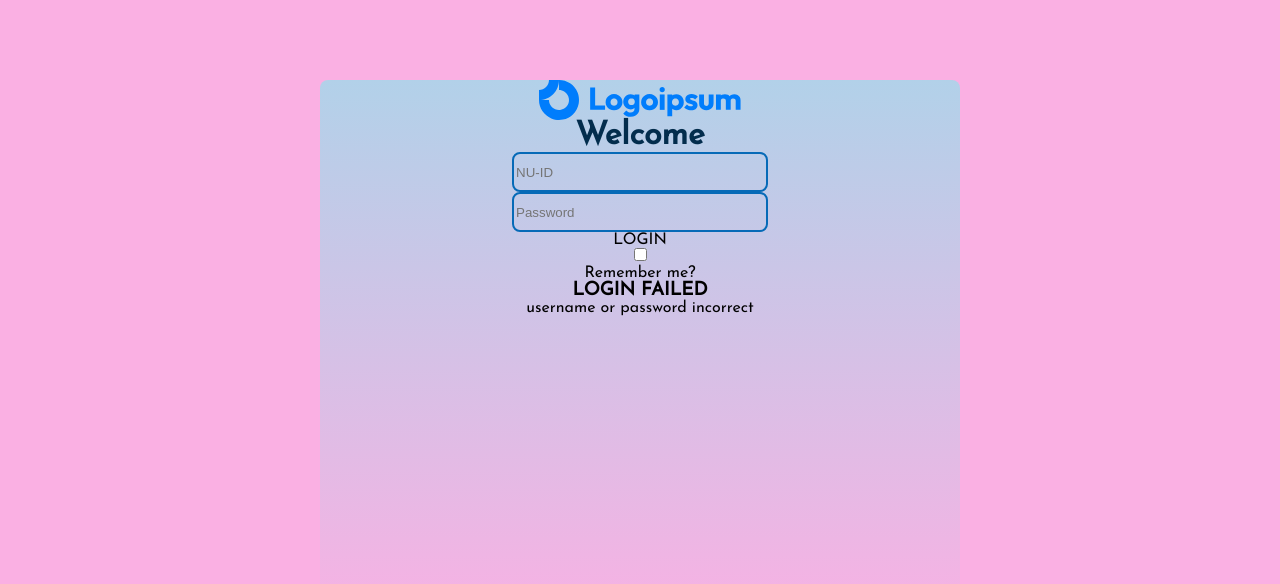
Repository: Tahaa2t/Researchers
Page: /
An editor plug-in stored every save of this project. The page is shown before and after the next save, followed by the edit.
The browser window is 1280 px wide. The pictures show the whole page.
The project was rebuilt for these pictures with package versions that can differ from the ones it lists, and the page was loaded fresh each time.

Above is the page before, as saved 2023-06-25 23:15:01.

### src/App.js
import "./App.css"
import LoginForm from "./Components/loginform"


function App() {
  return (
    <div className="App">
      <LoginForm />
    </div>
  );
}

export default App;

### src/Components/loginform.js
import React, { useState } from "react"
import "./css/loginstyle.css"
import logo from "./logos/logoipsum.svg"

const LoginForm = () => {

  const [popupStyle, showPopup] = useState("hide");

  const popup = () => {
    showPopup("login-popup")
    setTimeout(() => showPopup("hide"), 3000)
  }

  return(
    <div className="page">
      <div className="cover">
        <img src={logo} alt="Logo Ipsum"></img>
        <span className="line">
        <h1>Welcome</h1>
        </span>
        <input type="text" placeholder="NU-ID"></input>
        <input type="password" placeholder="Password"></input>

        <div className="login-btn" onClick={popup}>LOGIN</div>

        <div className="check-btn">
          <input type="checkbox"></input>
          <p>Remember me?</p>
        </div>

        <div className={popupStyle}>
          <h3>LOGIN FAILED</h3>
          <p>username or password incorrect</p>
        </div>


      </div>
    </div>
  )
}

export default LoginForm

### src/Components/css/loginstyle.css
@import url('https://fonts.googleapis.com/css?family=Josefin+Sans');


/* notes

---centering something---
display: flex;
  justify-content: center;
  align-items: center;



--- neechay ya uper se qareeb krna ho tou---
.check-btn {
  position: relative;
  bottom: 3em;
}
*/


* {
  margin: 0;
  box-sizing: border-box;
}

.page {
  background-color: rgb(250, 176, 227);
  height: 100vh;
  width: 100%;
  display: flex;
  justify-content: center;
  align-items: center;
  font-family: 'Josefin Sans', cursive;
}

.cover {
  background-image: linear-gradient(rgba(178, 209, 233, 1), rgba(178, 209, 233, 0));
  width: 40em;
  height: 35em;
  position: relative;
  border-radius: 0.5em;
  /* box-shadow: 0 0.188em 1.5em rgb(156, 156, 156); */
  display: flex;
  flex-direction: column;
  align-items: center;
/* justify-content: space-around; */

}

h1 {
  color: rgb(3, 45, 77);
}

input[type=text]{
  background-color: rgba(0,0,0,0);
  border-color: rgb(6, 106, 183);
  border-radius: 8px 8px 8px 8px;
  border-width: 10%;
  border-style: solid;
  /* outline-color: rgb(6, 106, 183); */
  height: 3em;
  width: 40%;
  /* bottom: -1.5em; */
}


input[type=password]{
  background-color: rgba(0,0,0,0);
  border-color: rgb(6, 106, 183);
  border-radius: 8px 8px 8px 8px;
  border-width: 10%;
  border-style: solid;
  /* outline-color: rgb(6, 106, 183); */
  height: 3em;
  width: 40%;
  /* position: relative;
  top: -1.5em;
} */
.line{
  text-decoration: underline;
  color: black;
}

.login-btn {
  width: 12em;
  height: 3em;
  background-color: rgb(3, 58, 101);
  color: rgb(243, 243, 243);
  display: flex;
  justify-content: center;
  align-items: center;
  transition: 0.5s;
  border: rgb(3, 58, 101);
  border-radius: 50px 50px 50px 50px;
  cursor: pointer;
}
.login-btn:hover {
  transform: scale(1.15);
}

.check-btn {
  position: relative;
  bottom: 2em;
}

.check-btn input {
  display:inline-block;
  margin-right:10px;
}
.check-btn p {
  display:inline-block;
}



/* use state */
.hide {
  display: none;
}

.login-popup {
  position: absolute;
  width: 40em;
  height: 35em;
  display: flex;
  flex-direction: column;
  align-items: center;
  justify-content: center;
  border-radius: 0.25em;
  outline-color: rgb(3, 58, 101);
  background-color: rgba(0,0,0,0);
  backdrop-filter: blur(5px);
  /* color: rgb(3, 58, 101); */
  bottom: 0;
  transform: scale(1);
  transform: 1.5s;
}

Loaded but not shown: public/index.html (common file); src/index.js (common file); src/index.css (common file); src/reportWebVitals.js (common file); src/App.css (common file)

After the next save:
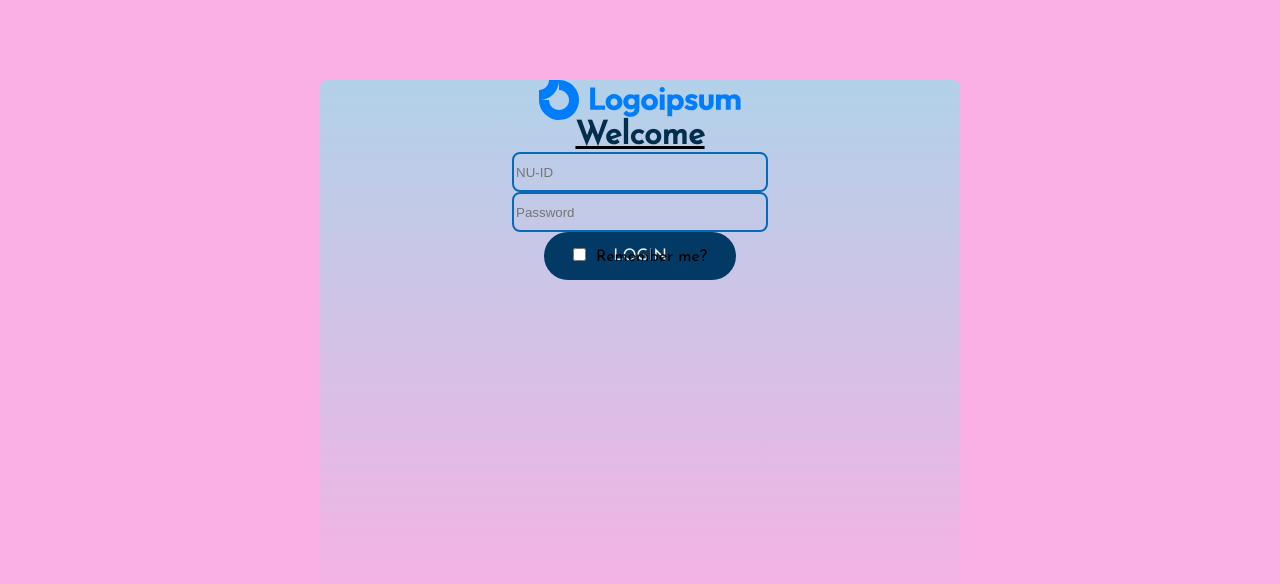
Saved 13 s later.
--- a/src/Components/css/loginstyle.css
+++ b/src/Components/css/loginstyle.css
@@ -74,8 +74,8 @@ input[type=password]{
   height: 3em;
   width: 40%;
   /* position: relative;
-  top: -1.5em;
-} */
+  top: -1.5em; */
+}
 .line{
   text-decoration: underline;
   color: black;
